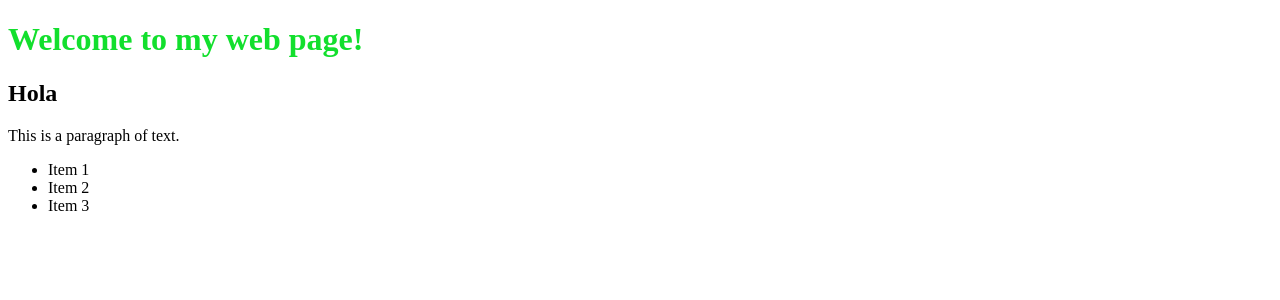
Repository: gadiazsaavedra/Unidad_2
Page: prueba_pagina_web.html
An editor plug-in stored every save of this project. The page is shown before and after the next save, followed by the edit.
The browser window is 1280 px wide. The pictures show the whole page.

Above is the page before, as saved 2023-08-07 11:38:58.

After the next save:
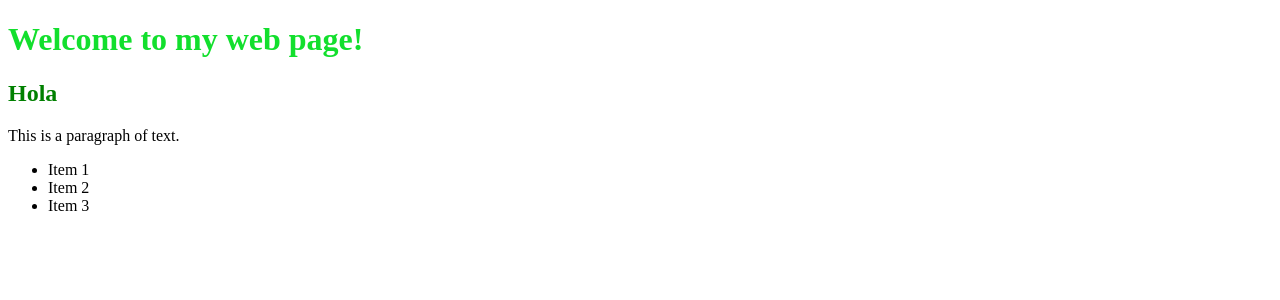
Saved 13 s later.
--- a/prueba_pagina_web.html
+++ b/prueba_pagina_web.html
@@ -3,7 +3,7 @@
 <head>
     <title>My Web Page</title>
     <style>
-        h2{color:}
+        h2{color:green}
     </style>
 </head>
 <body>
